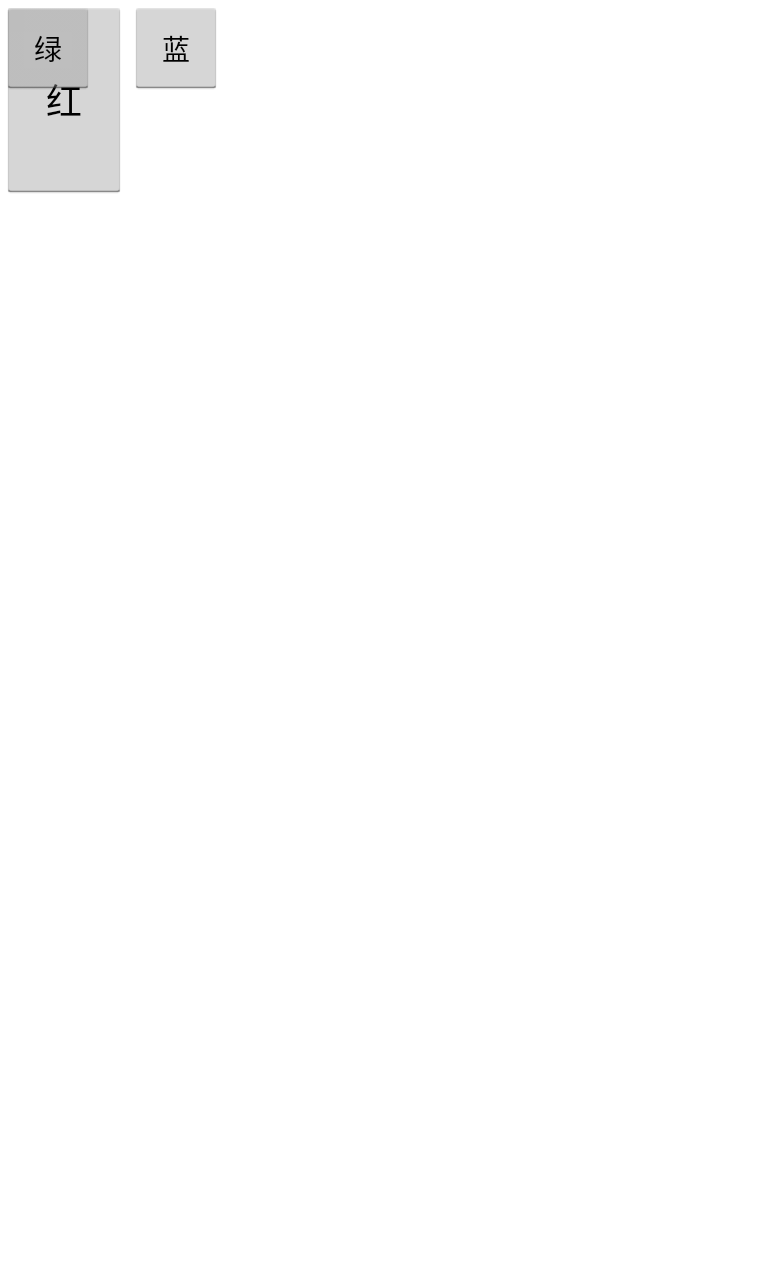
Repository: IvyZh/hm66
Layout: 黑马基础项目/res/layout/activity_fragment.xml
The author's editor kept a copy of each file at every save. The layout is drawn from the files as they stood at one save, then again after the next save.
It is drawn on a 768 x 1280 px phone screen (xhdpi) without system bars, with theme AppTheme; the app's code is not run.

Above is the layout before, as saved 2016-05-29 17:18:21.

### 黑马基础项目/res/layout/activity_fragment.xml
<LinearLayout xmlns:android="http://schemas.android.com/apk/res/android"
    xmlns:tools="http://schemas.android.com/tools"
    android:layout_width="match_parent"
    android:layout_height="match_parent"
    android:orientation="vertical" >

    <RelativeLayout
        android:layout_width="match_parent"
        android:layout_height="wrap_content" >

        <Button
            android:id="@+id/bt"
            android:layout_width="wrap_content"
            android:layout_height="100dp"
            android:onClick="click"
            android:text="红" />

        <Button
            android:id="@+id/button1"
            style="?android:attr/buttonStyleSmall"
            android:layout_width="wrap_content"
            android:layout_height="wrap_content"
            android:onClick="click1"
            android:text="绿" />

        <Button
            android:id="@+id/button2"
            style="?android:attr/buttonStyleSmall"
            android:layout_width="wrap_content"
            android:layout_height="wrap_content"
            android:layout_alignParentTop="true"
            android:layout_toRightOf="@+id/bt"
            android:onClick="click2"
            android:text="蓝" />
    </RelativeLayout>

    <FrameLayout
        android:id="@+id/frame_id"
        android:layout_width="match_parent"
        android:layout_height="match_parent" >
    </FrameLayout>

</LinearLayout>

Loaded but not shown: 黑马基础项目/res/values/styles.xml (common file); 黑马基础项目/res/values-v11/styles.xml (common file); 黑马基础项目/res/values-v14/styles.xml (common file)

After the next save:
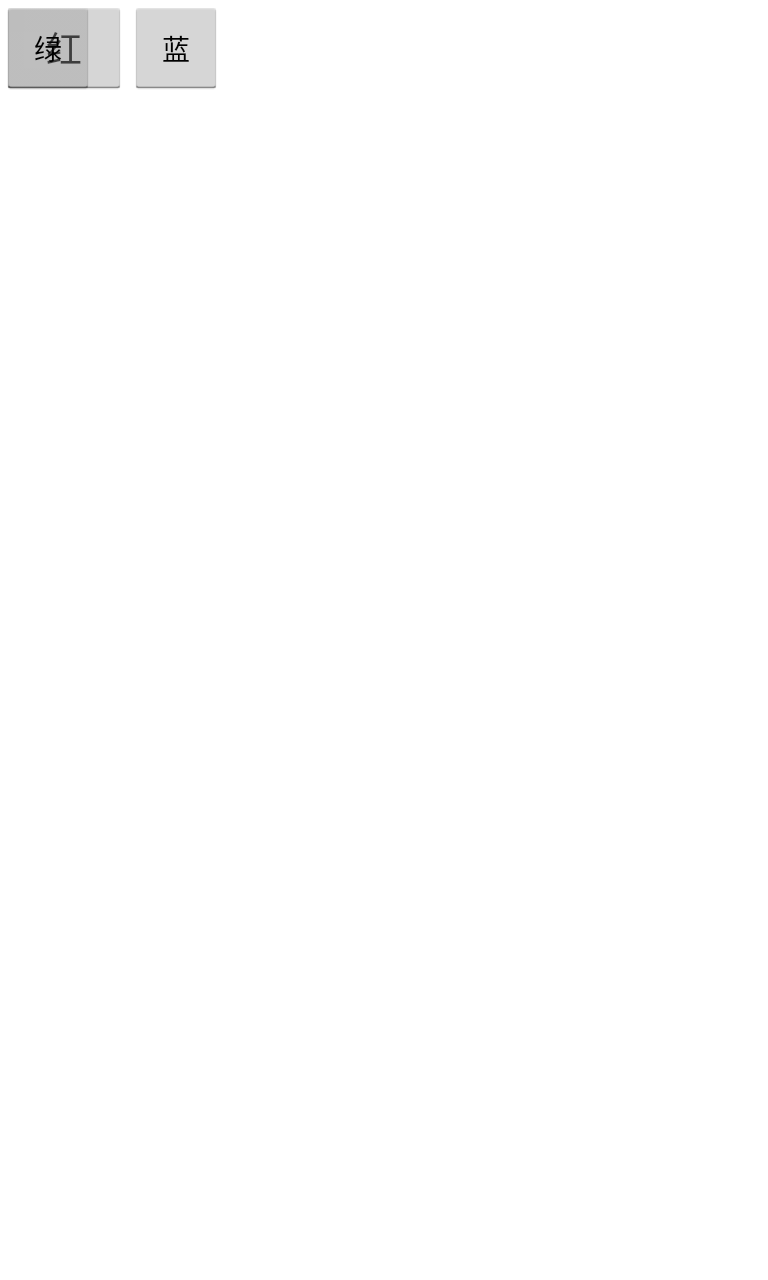
Saved 10 s later.
--- a/黑马基础项目/res/layout/activity_fragment.xml
+++ b/黑马基础项目/res/layout/activity_fragment.xml
@@ -6,12 +6,12 @@
 
     <RelativeLayout
         android:layout_width="match_parent"
-        android:layout_height="wrap_content" >
+        android:layout_height="100dp" >
 
         <Button
             android:id="@+id/bt"
             android:layout_width="wrap_content"
-            android:layout_height="100dp"
+            android:layout_height="wrap_content"
             android:onClick="click"
             android:text="红" />
 
